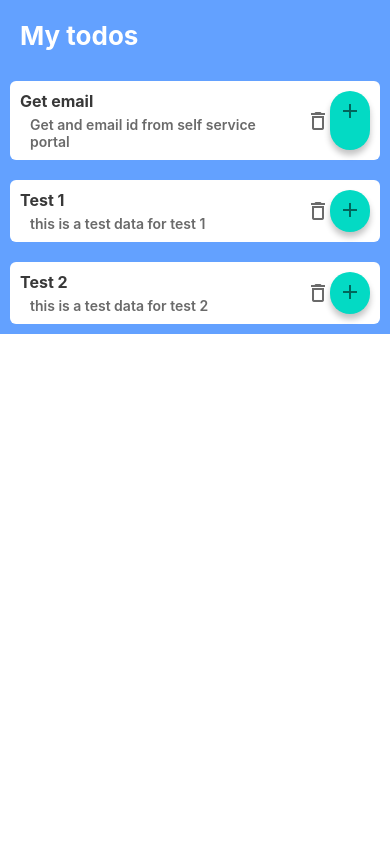
Repository: sadarsh216/Todo-App
Screen: /
An editor plug-in stored every save of this project. The screen is shown before and after the next save, followed by the edit.
The app was drawn by React Native's web renderer in a window 390 px wide. The project was rebuilt for these pictures with package versions that can differ from the ones it lists, and the page was loaded fresh each time.

Above is the screen before, as saved 2021-10-09 13:15:59.

### App.tsx
import { StatusBar } from "expo-status-bar";
import React from "react";
import { SafeAreaView, ScrollView, StyleSheet, Text, View } from "react-native";
import Todos from "./Pages/Todos";

export default function App() {
  return (
    <SafeAreaView>
      <View style={styles.container}>
        <ScrollView>
          <Text style={styles.heading}>My todos</Text>
          <Todos />
        </ScrollView>
      </View>
    </SafeAreaView>
  );
}

const styles = StyleSheet.create({
  container: {
    height: "100%",
    backgroundColor: "#63a1ff",
  },
  heading: {
    color: "white",
    fontSize: 26,
    fontWeight: "bold",
    margin: 20,
  },
  fab: {
    position: "absolute",
    margin: 16,
    right: 0,
    bottom: 0,
  },
});

### Pages/Todos.tsx
import React from "react";
import { View, Text, StyleSheet, TouchableOpacity } from "react-native";
import { MaterialCommunityIcons } from "@expo/vector-icons";
import { FAB } from "react-native-paper";

export default function Todos() {
  const [todos, setTodos] = React.useState([
    {
      title: "Get email",
      description: "Get and email id from self service portal",
      id: 0,
    },
    { title: "Test 1", description: "this is a test data for test 1", id: 1 },
    { title: "Test 2", description: "this is a test data for test 2 ", id: 2 },
  ]);
  const deleteTodo = () => {
    alert("deleted");
  };
  return (
    <>
      {todos.map((item, key) => (
        <View key={item.id} style={styles.card}>
          <View style={styles.details}>
            <Text style={styles.title}>{item.title}</Text>
            <Text style={styles.desc}>{item.description}</Text>
          </View>
          <View style={styles.deleteSection}>
            <TouchableOpacity onPress={deleteTodo}>
              <MaterialCommunityIcons
                name="delete-outline"
                size={24}
                color="#6a6a6a"
              />
            </TouchableOpacity>
          </View>
          <FAB
            style={styles.fab}
            small
            icon="plus"
            onPress={() => console.log("Pressed")}
          />
        </View>
      ))}
    </>
  );
}

const styles = StyleSheet.create({
  card: {
    display: "flex",
    flexDirection: "row",
    backgroundColor: "#fff",
    margin: 10,
    borderRadius: 6,
    elevation: 4,
    padding: 10,
  },
  title: {
    fontSize: 16,
    marginBottom: 5,
    fontWeight: "bold",
    color: "#383838",
  },
  desc: {
    paddingHorizontal: 10,
    fontWeight: "600",
    color: "#6a6a6a",
  },
  details: {
    flex: 2,
  },
  deleteSection: {
    justifyContent: "center",
  },

});

After the next save:
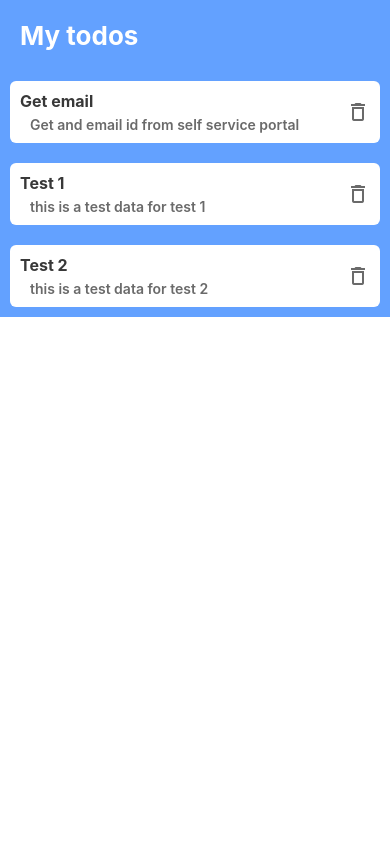
Saved 16 s later.
--- a/Pages/Todos.tsx
+++ b/Pages/Todos.tsx
@@ -1,7 +1,6 @@
 import React from "react";
 import { View, Text, StyleSheet, TouchableOpacity } from "react-native";
 import { MaterialCommunityIcons } from "@expo/vector-icons";
-import { FAB } from "react-native-paper";
 
 export default function Todos() {
   const [todos, setTodos] = React.useState([
@@ -33,12 +32,6 @@ export default function Todos() {
               />
             </TouchableOpacity>
           </View>
-          <FAB
-            style={styles.fab}
-            small
-            icon="plus"
-            onPress={() => console.log("Pressed")}
-          />
         </View>
       ))}
     </>
@@ -72,5 +65,4 @@ const styles = StyleSheet.create({
   deleteSection: {
     justifyContent: "center",
   },
-
 });
